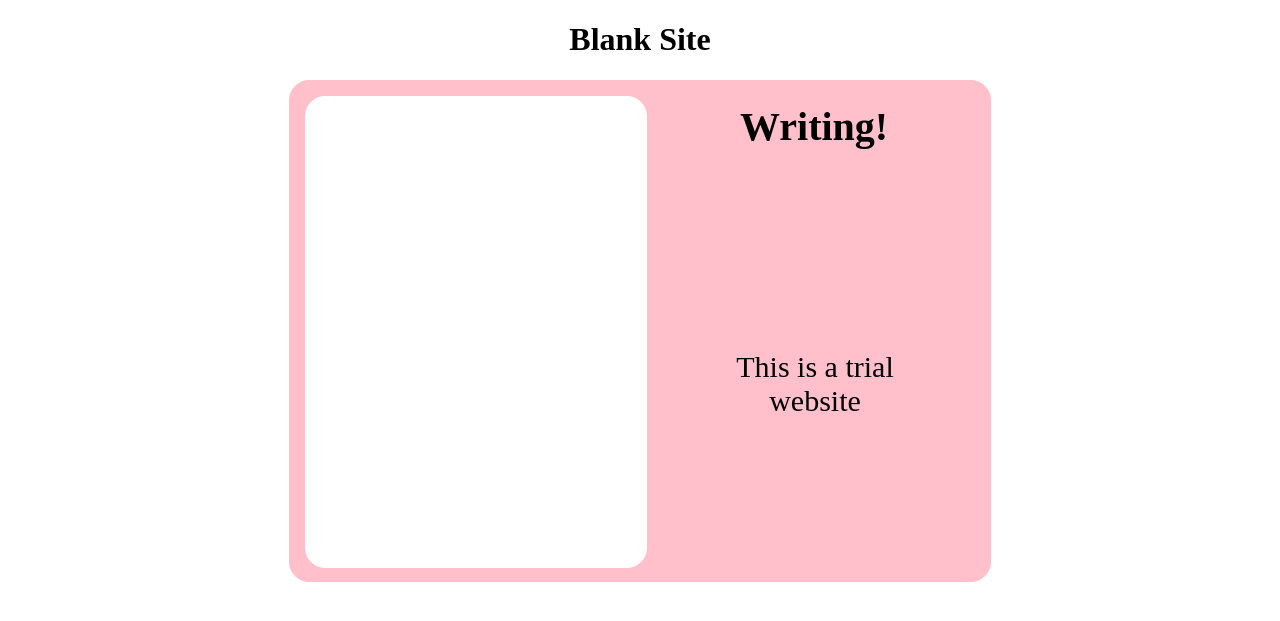
Repository: yhung004/Blank_Project
Page: index.html
An editor plug-in stored every save of this project. The page is shown before and after the next save, followed by the edit.
The browser window is 1280 px wide. The pictures show the whole page.

Above is the page before, as saved 2024-04-04 03:35:03.

### index.html
<!DOCTYPE html>
<html lang="en">
<head>
    <meta charset="UTF-8">
    <meta name="viewport" content="width=device-width, initial-scale=1.0">
    <title>Blank_Project</title>
    <link rel="stylesheet" href="index.css">
</head>
<body>
    <h1 class="header1">Blank Site</h1>
    <div class="main">
        <div class="container"></div>
        <div class="words">
            <h3 class="heading2">Writing!</h3>
            <p class="sub">This is a trial <br>website</p>
        </div>

    </div>

</body>
</html>

### index.css
.header1 {
    text-align: center;
}
.main {
    background-color: pink;
    width: 700px;
    height: 500px;
    margin:auto;
    border: 1px solid pink;
    border-radius: 20px;
}
.container {
    margin:15px;
    background-color:white;
    width:340px;
    height: 470px;
    border :1px solid white;
    border-radius: 20px;
    display: flexbox;
}
.words {
    display:inline;
    float:right;
}
.heading2 {
    margin-top: -480px;
    margin-left:-250px;
    font-size: 40px;
    font-family: 'Times New Roman', Times, serif;
}
.sub {
    margin-left:-350px;
    margin-top: 200px;
    text-align:center;
    font-size: 30px;
}

After the next save:
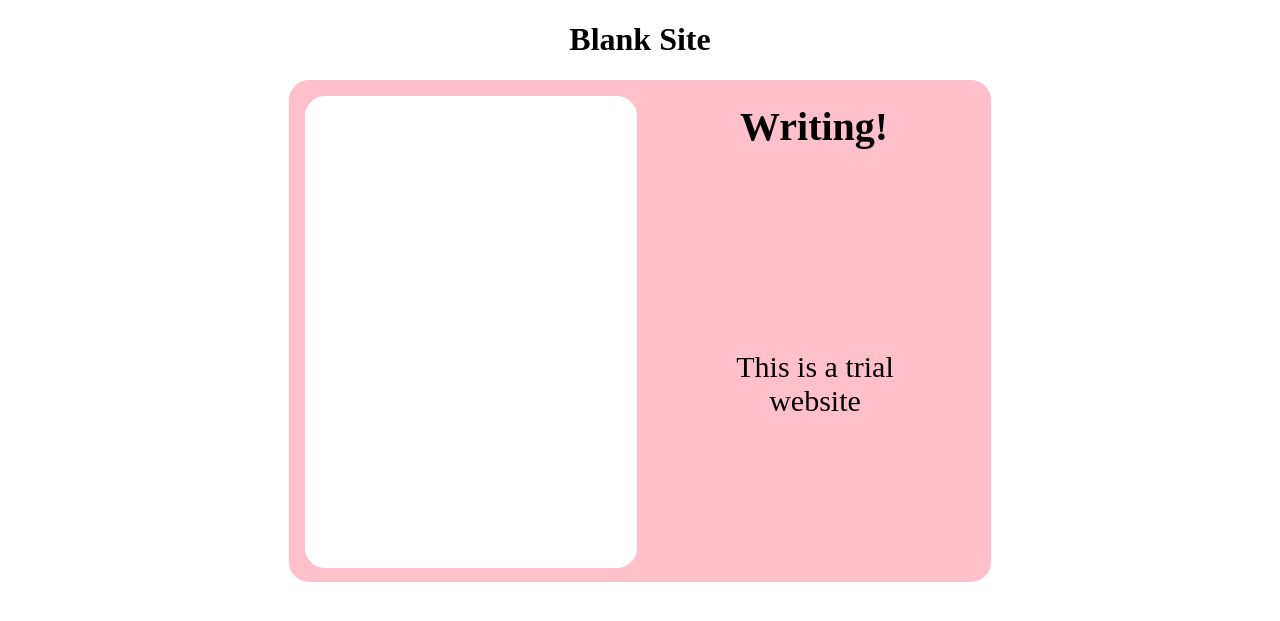
Saved 12 s later.
--- a/index.css
+++ b/index.css
@@ -12,7 +12,7 @@
 .container {
     margin:15px;
     background-color:white;
-    width:340px;
+    width:330px;
     height: 470px;
     border :1px solid white;
     border-radius: 20px;
